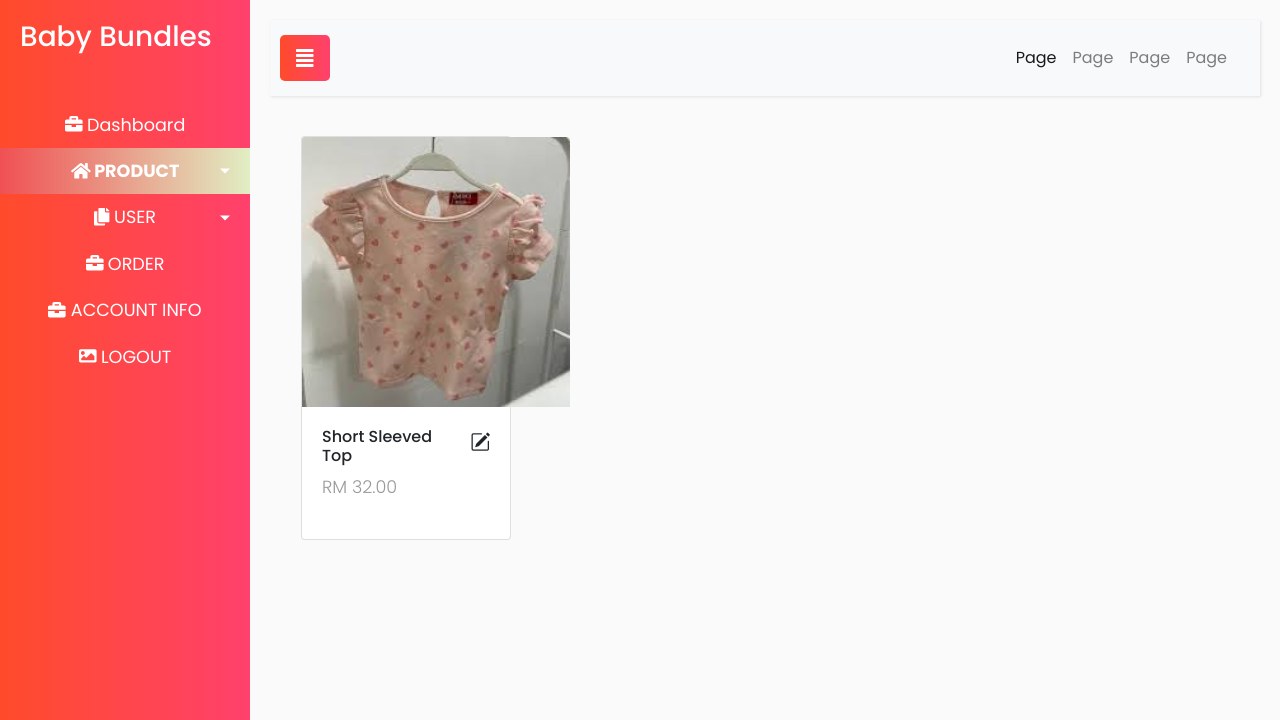
Repository: jiahow99/Baby-Bundles-University
Page: http://localhost/admin-editproduct.php
An editor plug-in stored every save of this project. The page is shown before and after the next save, followed by the edit.
The browser window is 1280 px wide. The pictures show the whole page.
Some web libraries are served in a nearby version. The page is run by PHP 8.4 with error messages shown; the project is at /var/www/html/.

Above is the page before, as saved 2022-11-24 18:10:08.

### admin-editproduct.php
<!DOCTYPE html>
<html>

<head>
    <meta charset="utf-8">
    <meta name="viewport" content="width=device-width, initial-scale=1.0">
    <meta http-equiv="X-UA-Compatible" content="IE=edge">

    <title>Admin</title>

    <!-- Bootstrap CSS CDN -->
    <link rel="stylesheet" href="https://stackpath.bootstrapcdn.com/bootstrap/4.1.0/css/bootstrap.min.css" integrity="sha384-9gVQ4dYFwwWSjIDZnLEWnxCjeSWFphJiwGPXr1jddIhOegiu1FwO5qRGvFXOdJZ4" crossorigin="anonymous">
    <!-- Our Custom CSS -->
    <link rel="stylesheet" href="css/admin.style.css">

    <!-- Font Awesome JS -->
    <script defer src="https://use.fontawesome.com/releases/v5.0.13/js/solid.js" integrity="sha384-tzzSw1/Vo+0N5UhStP3bvwWPq+uvzCMfrN1fEFe+xBmv1C/AtVX5K0uZtmcHitFZ" crossorigin="anonymous"></script>
    <script defer src="https://use.fontawesome.com/releases/v5.0.13/js/fontawesome.js" integrity="sha384-6OIrr52G08NpOFSZdxxz1xdNSndlD4vdcf/q2myIUVO0VsqaGHJsB0RaBE01VTOY" crossorigin="anonymous"></script>
    <!-- Bootstrap Icon -->
    <link rel="stylesheet" href="https://cdn.jsdelivr.net/npm/bootstrap-icons@1.3.0/font/bootstrap-icons.css">
    <!-- JQuery -->
    <script src="https://code.jquery.com/jquery-3.5.1.min.js"></script>


</head>

<body>

    <div class="wrapper">
        <!-- Sidebar  -->
        <nav id="sidebar">
            <div class="sidebar-header">
                <h3>Baby Bundles</h3>
                <strong>BS</strong>
            </div>

            <ul class="list-unstyled components">
                <!-- Dashboard -->
                <li>
                    <a href="#">
                        <i class="fas fa-briefcase"></i>
                        <span id="aboutlabel">Dashboard</span>
                    </a>
                </li>
                <!-- Product -->
                <li class="active">
                    <a href="#homeSubmenu" data-toggle="collapse" aria-expanded="false" class="dropdown-toggle">
                        <i class="fas fa-home"></i>
                        <span id="homelabel">PRODUCT</span>
                    </a>
                    <ul class="collapse list-unstyled" id="homeSubmenu">
                        <li>
                            <a href="#">ADD PRODUCT</a>
                        </li>
                        <li>
                            <a href="#">DELETE PRODUCT</a>
                        </li>
                        <li>
                            <a href="#">VIEW ALL</a>
                        </li>
                    </ul>
                </li>
                <!-- User -->
                <li>
                    <a href="#pageSubmenu" data-toggle="collapse" aria-expanded="false" class="dropdown-toggle">
                        <i class="fas fa-copy"></i>
                        <span id="pagelabel">USER</span>
                    </a>
                    <ul class="collapse list-unstyled" id="pageSubmenu">
                        <li>
                            <a href="#">ADD USER</a>
                        </li>
                        <li>
                            <a href="#">DELETE USER</a>
                        </li>
                        <li>
                            <a href="#">VIEW ALL</a>
                        </li>
                    </ul>
                </li>
                <!-- Order -->
                <li>
                    <a href="#">
                        <i class="fas fa-briefcase"></i>
                        <span id="aboutlabel">ORDER</span>
                    </a>
                </li>
                <!-- Account Info -->
                <li>
                    <a href="#">
                        <i class="fas fa-briefcase"></i>
                        <span id="aboutlabel">ACCOUNT INFO</span>
                    </a>
                </li>
                <!-- Log out -->
                <li>
                    <a href="#">
                        <i class="fas fa-image"></i>
                        <span id="portfoliolabel">LOGOUT</span>
                    </a>
                </li>
            </ul>


        </nav>

        <!-- Page Content  -->
        <div id="content">

            <nav class="navbar navbar-expand-lg navbar-light bg-light">
                <div class="container-fluid pl-0">

                    <button type="button" id="sidebarCollapse" class="btn-lg btn-primary">
                        <i class="fas fa-align-justify"></i>
                        <!-- <span>Toggle Sidebar</span> -->
                    </button>
                    <button class="btn btn-dark d-inline-block d-lg-none ml-auto" type="button" data-toggle="collapse" data-target="#navbarSupportedContent" aria-controls="navbarSupportedContent" aria-expanded="false" aria-label="Toggle navigation">
                        <i class="fas fa-align-justify"></i>
                    </button>

                    <div class="collapse navbar-collapse" id="navbarSupportedContent">
                        <ul class="nav navbar-nav ml-auto">
                            <li class="nav-item active">
                                <a class="nav-link" href="#">Page</a>
                            </li>
                            <li class="nav-item">
                                <a class="nav-link" href="#">Page</a>
                            </li>
                            <li class="nav-item">
                                <a class="nav-link" href="#">Page</a>
                            </li>
                            <li class="nav-item">
                                <a class="nav-link" href="#">Page</a>
                            </li>
                        </ul>
                    </div>
                </div>
            </nav>

            <!-- Display all product -->
            <div class="row mx-3" id="product">
                <div class="col-3 mb-3">
                    <!-- Product card -->
                    <a href="#" class="card overflow-hidden">
                        <img class="card-img-top" src="img/top/top08.jpg" style="width:268px;height:270px;">
                        <div class="card-body">
                            <div class="row">
                                <!-- Title and Price -->
                                <div class="col-9">
                                    <h6>Short Sleeved Top</h6>
                                    <p>RM 32.00</p>
                                </div>
                                <!-- Edit icon -->
                                <div class="col-3" style="font-size:20px;"><i class="bi bi-pencil-square"></i></div>
                            </div>
                        </div>
                    </a>
                </div>
            </div>
    </div>

    <!-- Popper.JS -->
    <script src="https://cdnjs.cloudflare.com/ajax/libs/popper.js/1.14.0/umd/popper.min.js" integrity="sha384-cs/chFZiN24E4KMATLdqdvsezGxaGsi4hLGOzlXwp5UZB1LY//20VyM2taTB4QvJ" crossorigin="anonymous"></script>
    <!-- Bootstrap JS -->
    <script src="https://stackpath.bootstrapcdn.com/bootstrap/4.1.0/js/bootstrap.min.js" integrity="sha384-uefMccjFJAIv6A+rW+L4AHf99KvxDjWSu1z9VI8SKNVmz4sk7buKt/6v9KI65qnm" crossorigin="anonymous"></script>

    <script type="text/javascript">
        $(document).ready(function () {
            $('#sidebarCollapse').on('click', function () {
                $('#sidebar').toggleClass('active');
                $('#homelabel').toggleClass('d-none');
                $('#aboutlabel').toggleClass('d-none');
                $('#pagelabel').toggleClass('d-none');
                $('#portfoliolabel').toggleClass('d-none');
                $('#faqlabel').toggleClass('d-none');
                $('#contactlabel').toggleClass('d-none');
            });
        });
    </script>
</body>

</html>

### css/admin.style.css
/*
    DEMO STYLE
*/

@import "https://fonts.googleapis.com/css?family=Poppins:300,400,500,600,700";

body {
    font-family: 'Poppins', sans-serif;
    background: #fafafa;
}

p {
    font-family: 'Poppins', sans-serif;
    font-size: 1.1em;
    font-weight: 300;
    line-height: 1.7em;
    color: #999;
}

a,
a:hover,
a:focus {
    color: inherit;
    text-decoration: none;
    transition: all 0.3s;
}

.navbar {
    padding: 15px 10px;
    background: #fff;
    border: none;
    border-radius: 0;
    margin-bottom: 40px;
    box-shadow: 1px 1px 3px rgba(0, 0, 0, 0.1);
}

.navbar-btn {
    box-shadow: none;
    outline: none !important;
    border: none;
}

.line {
    width: 100%;
    height: 1px;
    border-bottom: 1px dashed #ddd;
    margin: 40px 0;
}

i,
span {
    display: inline-block;
}

/* ---------------------------------------------------
    SIDEBAR STYLE
----------------------------------------------------- */

.wrapper {
    display: flex;
    align-items: stretch;
}

#sidebar {
    min-width: 250px;
    max-width: 250px;
    background: #FF416C;  /* fallback for old browsers */
    background: -webkit-linear-gradient(to right, #FF4B2B, #FF416C);  /* Chrome 10-25, Safari 5.1-6 */
    background: linear-gradient(to right, #FF4B2B, #FF416C); /* W3C, IE 10+/ Edge, Firefox 16+, Chrome 26+, Opera 12+, Safari 7+ */
    color: #fff;
    transition: all 0.3s;
}

#sidebar.active {
    min-width: 80px;
    max-width: 80px;
    text-align: center;
}

#sidebar.active .sidebar-header h3,
#sidebar.active .CTAs {
    display: none;
}

#sidebar.active .sidebar-header strong {
    display: block;
}

#sidebar ul li a {
    text-align: left;
}

#sidebar.active ul li a {
    padding: 20px 10px;
    text-align: center;
    font-size: 0.85em;
}

#sidebar.active ul li a i {
    margin-right: 0;
    display: block;
    font-size: 1.8em;
    margin-bottom: 5px;
}

#sidebar.active ul ul a {
    padding: 10px !important;
}

#sidebar.active .dropdown-toggle::after {
    top: auto;
    bottom: 10px;
    right: 50%;
    -webkit-transform: translateX(50%);
    -ms-transform: translateX(50%);
    transform: translateX(50%);
}

#sidebar .sidebar-header {
    padding: 20px;
    background: #FF416C;  /* fallback for old browsers */
    background: -webkit-linear-gradient(to right, #FF4B2B, #FF416C);  /* Chrome 10-25, Safari 5.1-6 */
    background: linear-gradient(to right, #FF4B2B, #FF416C); /* W3C, IE 10+/ Edge, Firefox 16+, Chrome 26+, Opera 12+, Safari 7+ */
}

#sidebar .sidebar-header strong {
    display: none;
    font-size: 1.8em;
}

#sidebar ul.components {
    padding: 20px 0;
}

#sidebar ul li a {
    padding: 10px;
    font-size: 1.1em;
    display: block;
    text-align: center;
}

#sidebar ul li a:hover {
    color: #dc1522;
    background: #fff;
    font-weight: bolder;
}

#sidebar ul li a i {
    margin-right: 10px;
}

#sidebar ul li.active>a,
a[aria-expanded="true"] {
    color: #fff;
    background: #e1eec3;  /* fallback for old browsers */
    background: -webkit-linear-gradient(to right, #f05053, #e1eec3);  /* Chrome 10-25, Safari 5.1-6 */
    background: linear-gradient(to right, #f05053, #e1eec3); /* W3C, IE 10+/ Edge, Firefox 16+, Chrome 26+, Opera 12+, Safari 7+ */
    font-weight: bolder;
}

a[data-toggle="collapse"] {
    position: relative;
}

.dropdown-toggle::after {
    display: block;
    position: absolute;
    top: 50%;
    right: 20px;
    transform: translateY(-50%);
}

ul ul a {
    font-size: 0.9em !important;
    padding-left: 30px !important;
    background: #6d7fcc;
}

ul.CTAs {
    padding: 20px;
}

ul.CTAs a {
    text-align: center;
    font-size: 0.9em !important;
    display: block;
    border-radius: 5px;
    margin-bottom: 5px;
}

a.download {
    background: #fff;
    color: #7386D5;
}

a.article,
a.article:hover {
    background: #6d7fcc !important;
    color: #fff !important;
}

/* ---------------------------------------------------
    CONTENT STYLE
----------------------------------------------------- */

#content {
    width: 100%;
    padding: 20px;
    min-height: 100vh;
    transition: all 0.3s;
}

/* ---------------------------------------------------
    MEDIAQUERIES
----------------------------------------------------- */

@media (max-width: 768px) {
    #sidebar {
        min-width: 80px;
        max-width: 80px;
        text-align: center;
        margin-left: -80px !important;
    }
    .dropdown-toggle::after {
        top: auto;
        bottom: 10px;
        right: 50%;
        -webkit-transform: translateX(50%);
        -ms-transform: translateX(50%);
        transform: translateX(50%);
    }
    #sidebar.active {
        margin-left: 0 !important;
    }
    #sidebar .sidebar-header h3,
    #sidebar .CTAs {
        display: none;
    }
    #sidebar .sidebar-header strong {
        display: block;
    }
    #sidebar ul li a {
        padding: 20px 10px;
    }
    #sidebar ul li a span {
        font-size: 0.85em;
    }
    #sidebar ul li a i {
        margin-right: 0;
        display: block;
    }
    #sidebar ul ul a {
        padding: 10px !important;
    }
    #sidebar ul li a i {
        font-size: 1.3em;
    }
    #sidebar {
        margin-left: 0;
    }
    #sidebarCollapse span {
        display: none;
    }
}

#homeSubmenu li a,#pageSubmenu li a{
    background: #ED213A;  /* fallback for old browsers */
    background: -webkit-linear-gradient(to right, #93291E, #ED213A);  /* Chrome 10-25, Safari 5.1-6 */
    background: linear-gradient(to right, #93291E, #ED213A); /* W3C, IE 10+/ Edge, Firefox 16+, Chrome 26+, Opera 12+, Safari 7+ */



}

.btn-primary{
    background: #FF416C;  /* fallback for old browsers */
    background: -webkit-linear-gradient(to right, #FF4B2B, #FF416C);  /* Chrome 10-25, Safari 5.1-6 */
    background: linear-gradient(to right, #FF4B2B, #FF416C); /* W3C, IE 10+/ Edge, Firefox 16+, Chrome 26+, Opera 12+, Safari 7+ */
    border: 0;
    cursor: pointer;
}

After the next save:
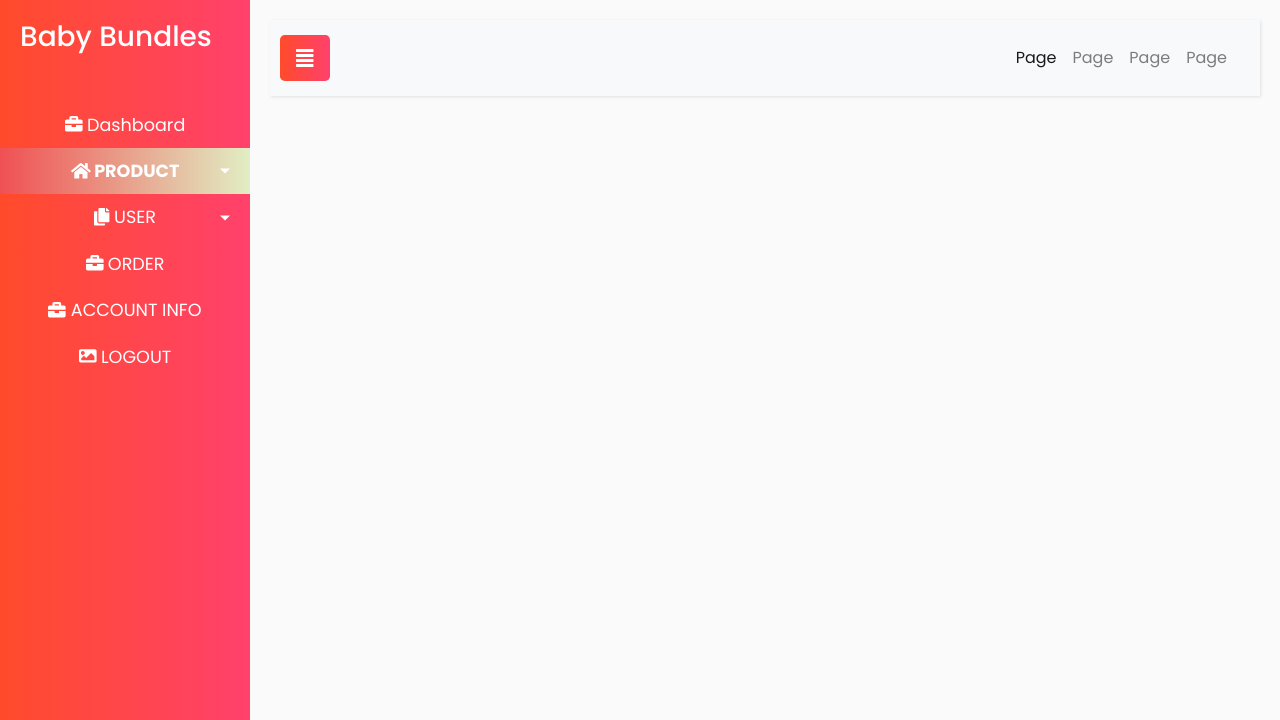
Saved 15 s later.
--- a/admin-editproduct.php
+++ b/admin-editproduct.php
@@ -137,26 +137,7 @@
                 </div>
             </nav>
 
-            <!-- Display all product -->
-            <div class="row mx-3" id="product">
-                <div class="col-3 mb-3">
-                    <!-- Product card -->
-                    <a href="#" class="card overflow-hidden">
-                        <img class="card-img-top" src="img/top/top08.jpg" style="width:268px;height:270px;">
-                        <div class="card-body">
-                            <div class="row">
-                                <!-- Title and Price -->
-                                <div class="col-9">
-                                    <h6>Short Sleeved Top</h6>
-                                    <p>RM 32.00</p>
-                                </div>
-                                <!-- Edit icon -->
-                                <div class="col-3" style="font-size:20px;"><i class="bi bi-pencil-square"></i></div>
-                            </div>
-                        </div>
-                    </a>
-                </div>
-            </div>
+
     </div>
 
     <!-- Popper.JS -->
